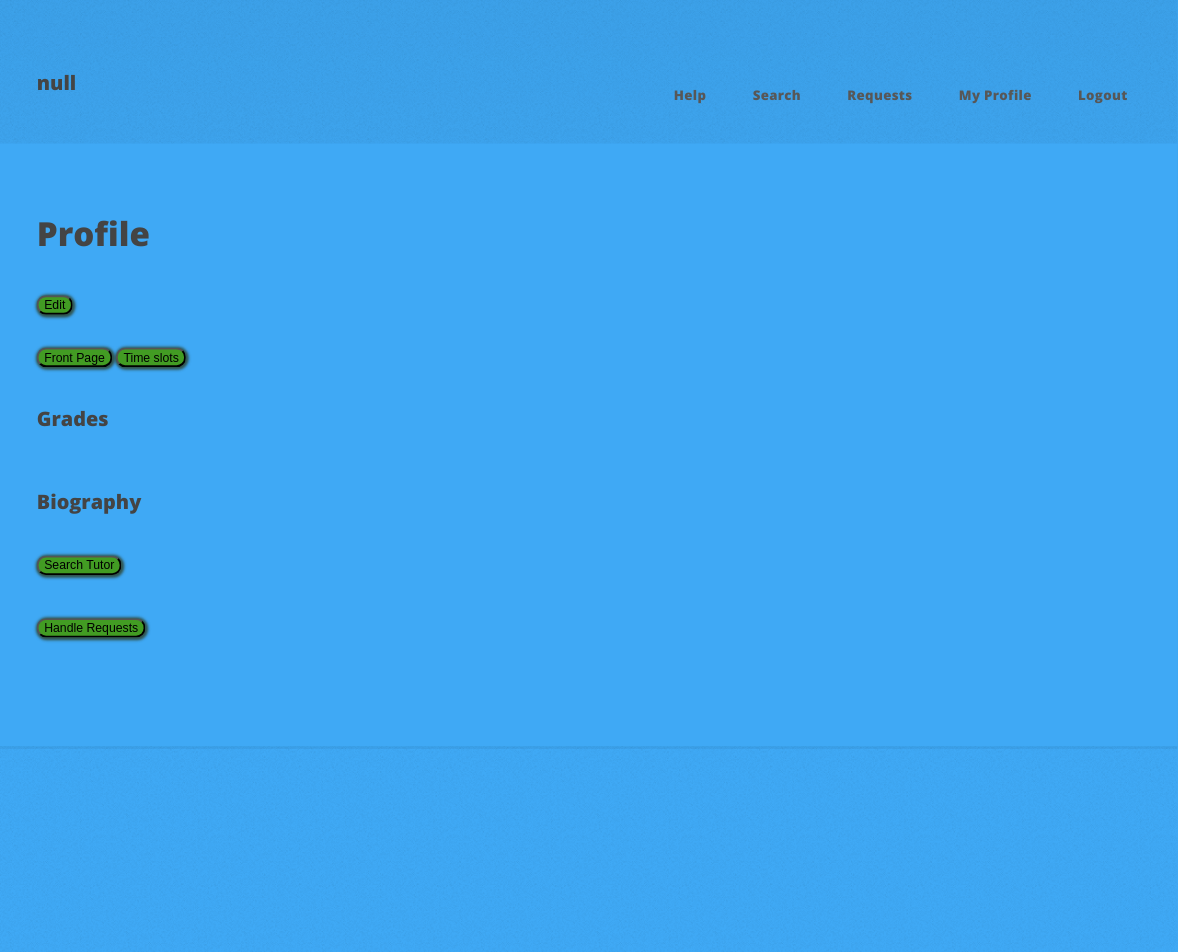
Repository: unibe-ese/ese2015-team7
Page: http://localhost/Skeleton/pages/profile.jsp
These files come from the project's save history. The page is drawn as it stood at one moment and after the next save; the edit follows.
The browser window is 1280 px wide. The pictures show the whole page, at 92% of full size.
Some web fonts or font styles are not loaded; a fallback is used. The page is served by Tomcat 9. Nobody is signed in. The application's start-up code is not run. Other server files are loaded and not shown. The template is opened directly, without the code that normally fills it, so the values that code supplies are empty.

Above is the page before, as saved 2015-11-02 07:56:52.

### Prototype/Skeleton/src/main/webapp/pages/profile.jsp
<%@ page language="java" pageEncoding="UTF-8" contentType="text/html;charset=utf-8" %>
<%@ taglib prefix="c" uri="http://java.sun.com/jsp/jstl/core" %>
<%@ taglib prefix="form" uri="http://www.springframework.org/tags/form" %>
<%@ taglib prefix="spring" uri="http://www.springframework.org/tags" %>
<%@ taglib prefix="security" uri="http://www.springframework.org/security/tags" %>


<c:import url="template/header.jsp" />

<div class="profile-page" >

	<h2>Profile</h2>

	<c:if test="${user.email == principalName}">
		<button type="button" class="btn-edit" onclick="location.href='/Skeleton/editProfile'">Edit</button>
	</c:if>

	<!-- <img src="image/1212" height="75px" width="75px" align="left" /> -->
	<h3><c:out value="${user.name}"/></h3>
	<h4><c:out value="${user.email}"/></h4>

	<p>
		<button type="button" class="btn" onclick="switchDisplay('profile-frontpage', 'profile-timeslots')">Front Page</button>
		<button type="button" class="btn" onclick="switchDisplay('profile-timeslots', 'profile-frontpage')">Time slots</button>
	</p>

	<div id="profile-frontpage">
		<h3>Grades</h3>
		<table class="default">
		<c:forEach items="${user.grades}" var="item">
		  <tr>
		    	<td><c:out value="${item.university}" /></td>
		    	<td><c:out value="${item.subject}" /></td>
		    	<td><c:out value="${item.course}" /></td>
		    	<td><c:out value="${item.grade}" /></td>
		  </tr>
		  </c:forEach>
		</table>

		<h3>Biography</h3>
		<p><c:out value="${user.biography}"/></p>
	</div>

	<div id="profile-timeslots" style="display: none;">
		<h3>Time slots</h3>
		<table class="default">
		<thead>
                	<tr>
                    	<th>Period</th>
                        <th>Day</th>
                        <th>From</th>
                        <th>Till</th>
                        <th></th>
                    </tr>
                </thead>
		<c:forEach items="${user.timeSlots}" var="item">
		  <tr>
		    	<td><c:out value="${item.semesterOrSemesterBreak}" /></td>
		    	<td><c:out value="${item.day}" /></td>
		    	<td><c:out value="${item.startTime}" /></td>
		    	<td><c:out value="${item.endTime}" /></td>
		  </tr>
		  </c:forEach>
		</table>
	</div>

	<p><button type="button" class="btn" onclick="location.href='/Skeleton/search'">Search Tutor</button></p>
	<p><button type="button" class="btn" onclick="location.href='/Skeleton/profile'">Handle Requests</button></p>

</div>

<c:import url="template/footer.jsp" />

<script type="text/javascript">
	function switchDisplay(id1,id2)
	{
		document.getElementById(id1).style.display = 'none';
		document.getElementById(id2).style.display = 'none';
		document.getElementById(id1).style.display = 'block';
	}
</script>

### Prototype/Skeleton/src/main/webapp/pages/template/header.jsp
<%@ taglib prefix="c" uri="http://java.sun.com/jsp/jstl/core" %>
<%@ taglib prefix="security" uri="http://www.springframework.org/security/tags" %>

<!DOCTYPE HTML>
<html>
	<head>
	<link rel="shortcut icon" type="image/x-icon" href="/Skeleton/img/favicon.ico">
		<title>StudentConnector</title>
		<meta http-equiv="content-type" content="text/html; charset=utf-8" />
		<meta name="description" content="" />
		<meta name="keywords" content="" />
		<!--[if lte IE 8]><script src="/Skeleton/css/ie/html5shiv.js"></script><![endif]-->
		<script src="/Skeleton/js/jquery.min.js"></script>
		<script src="/Skeleton/js/jquery.dropotron.min.js"></script>
		<script src="/Skeleton/js/skel.min.js"></script>
		<script src="/Skeleton/js/skel-layers.min.js"></script>
		<script src="/Skeleton/js/init.js"></script>
		<link rel="stylesheet" href="/Skeleton/css/awesomeStyle.css" />
		<!--[if lte IE 8]><link rel="stylesheet" href="/Skeleton/css/ie/v8.css" /><![endif]-->
	</head>
	<body class="no-sidebar">

		<!-- Header -->

			<div id="header-wrapper">
				<header id="header" class="container">
				<h3><% out.println(request.getSession().getAttribute("username") ); %></h3>

					<!-- Nav -->
						<nav id="nav">
							<ul>
								<li><a href="/Skeleton/help">Help</a></li>
								<li><a href="/Skeleton/search">Search</a></li>
								<li>
									<a href="/Skeleton/requests">Requests</a>
									<ul>
										<li><a href="/Skeleton/requests">Incoming Requests</a></li>
										<li><a href="/Skeleton/myRequests">Outgoing Requests</a></li>
									</ul>
								</li>

								<li>
									<a href="/Skeleton/profile">My Profile</a>
								</li>
								<li><a href="<c:url value="j_spring_security_logout" />">Logout</a></li>
							</ul>
						</nav>

				</header>
			</div>

		<!-- Main -->
			<div id="main-wrapper">
				<div class="container">
					<div id="content">

						<!-- Content -->
							<article>

### Prototype/Skeleton/src/main/webapp/pages/template/footer.jsp
	</article>

					</div>
				</div>
			</div>

		<!-- Footer -->
			<div id="footer-wrapper">
				<footer id="footer" class="container">
				</footer>
			</div>
	</body>
</html>

### Prototype/Skeleton/src/main/webapp/css/awesomeStyle.css
body {
	font-weight:700!important;
	color: #4A4A4A!important;
}

button {
	border-radius: 10px;
	background-color: #429c23;
	box-shadow: 1px 1px 3px 2px rgba(42,45,0,0.69);
	color:	#000000;
}

th, td {
	font-weight: 600;
}

input, select, textarea {
	font-weight:600;
	color:#707070;
}

.errorMessage {
	font-size: 18px;
	font-weight: 600;
	color:#903000;
}

#nav ul li a {
	font-weight:700;
	color:#575757;
}

.tableHeader th, .tableHeader td {s
	font-weight: 900;
}

.withBox th, .withBox td{
	border:none;
	border-bottom:1px solid #707070;
	text-align:center;
}

#noBox {
	border: none;
}

#buttonBox {
	padding: 1% 1% 0% 1%;
	display: inline-block;
	border: 1px ridge #429c23;
};
}

### Prototype/Skeleton/src/main/webapp/css/style-desktop.css
/*
	Verti by HTML5 UP
	html5up.net | @n33co
	Free for personal and commercial use under the CCA 3.0 license (html5up.net/license)
*/

/*********************************************************************************/
/* Basic                                                                         */
/*********************************************************************************/

	body
	{
		line-height: 2.25em;
	}

	h2
	{
		font-size: 2.25em;
		margin: 0 0 1.1em 0;
		line-height: 1em;
	}

	h3
	{
		font-size: 1.35em;
		margin: 0 0 1em 0;
	}

	/* Button */

		input[type="button"],
		input[type="submit"],
		input[type="reset"],
		.button
		{
			font-size: 1.35em;
			padding: 0.6em 1.5em;
		}

			input[type="button"].big,
			input[type="submit"].big,
			input[type="reset"].big,
			.button.big
			{
				font-size: 2.25em;
				padding: 0.8em 0.9em;
			}

			.button.icon
			{
			}

				.button.icon:before
				{
					margin-right: 0.5em;
					top: 0.05em;
				}

	/* Box */

		.box
		{
			padding: 2em;
		}

			.box.feature
			{
				padding: 0;
			}

				.box.feature .inner
				{
					padding: 4em 2em 3em 2em;
				}

				.box.feature h2
				{
					font-size: 1.35em;
				}

				.box.feature p
				{
					margin: 0;
				}

				.box.feature .image
				{
					position: relative;
					margin: 0;
				}

					.box.feature .image img
					{
						border-bottom-left-radius: 0;
						border-bottom-right-radius: 0;
					}

/*********************************************************************************/
/* Widgets                                                                       */
/*********************************************************************************/

	.widget
	{
	}

		.widget.thumbnails
		{
		}

			.widget.thumbnails .grid
			{
				margin: 0 0 3em 0;
			}

			.widget.thumbnails .image
			{
				margin: 0;
			}

/*********************************************************************************/
/* Wrappers                                                                      */
/*********************************************************************************/

	#header-wrapper
	{
		padding: 4.5em 0 1em 0;
	}

	#features-wrapper
	{
		padding: 3em 0 3em 0;
	}

	#main-wrapper
	{
		padding: 5em 0 5em 0;
	}

	#footer-wrapper
	{
		padding: 6em 0 8em 0;
	}

/*********************************************************************************/
/* Logo                                                                          */
/*********************************************************************************/

	#logo
	{
	}

		#logo h1
		{
			float: left;
			margin: 0 0.35em 0 0;
			padding: 0.25em 0.2em 0.25em 0.2em;
			font-size: 3.25em;
			letter-spacing: 0.05em;
		}

		#logo span
		{
			line-height: 4.5em;
			letter-spacing: 0.025em;
			font-size: 0.9em;
		}

/*********************************************************************************/
/* Nav                                                                           */
/*********************************************************************************/

	#nav
	{
		position: absolute;
		right: 0;
		top: 0;
		font-size: 0.9em;
	}

		#nav ul
		{
		}

			#nav ul li
			{
				float: left;
				line-height: 4.5em;
				padding-left: 1.5em;
			}

				#nav ul li a,
				#nav ul li span
				{
					font-weight: 800;
					letter-spacing: 0.025em;
					color: #696969;
					text-decoration: none;
					border-radius: 6px;
					padding: 0.5em 1em 0.5em 1em;
					-moz-transition: background-color .25s ease-in-out;
					-webkit-transition: background-color .25s ease-in-out;
					-o-transition: background-color .25s ease-in-out;
					-ms-transition: background-color .25s ease-in-out;
					transition: background-color .25s ease-in-out;
				}

				#nav ul li > ul
				{
					display: none;
				}

			#nav ul li:hover
			{
			}

				#nav ul li:hover a,
				#nav ul li:hover span
				{
					background: #fff;
				}

			#nav ul li.active
			{
			}

				#nav ul li.active a,
				#nav ul li.active span
				{
					background: #fff;
				}

			#nav ul li.current
			{
			}

				#nav ul li.current a
				{
					background: #444;
					color: #fff;
				}

	.dropotron
	{
		background: #fff;
		letter-spacing: 0.025em;
		color: #696969;
		text-decoration: none;
		border-radius: 6px;
		padding: 0.75em 0;
		min-width: 15em;
		box-shadow: inset 0 0 0 1px rgba(0,0,0,0.1), 0 0.25em 0.25em 0.1em rgba(0,0,0,0.025);
		margin-top: calc(-0.75em + 1px);
		margin-left: -1px;
	}

		.dropotron li
		{
			border-top: solid 1px #eee;
			line-height: 3em;
		}

			.dropotron li:first-child
			{
				border-top: 0;
			}

			.dropotron li > a,
			.dropotron li > span
			{
				text-decoration: none;
				color: inherit;
				display: block;
				padding: 0 1.5em;
				-moz-transition: color .25s ease-in-out, background-color .25s ease-in-out;
				-webkit-transition: color .25s ease-in-out, background-color .25s ease-in-out;
				-o-transition: color .25s ease-in-out, background-color .25s ease-in-out;
				-ms-transition: color .25s ease-in-out, background-color .25s ease-in-out;
				transition: color .25s ease-in-out, background-color .25s ease-in-out;
			}

				.dropotron li > a:hover,
				.dropotron li > span:hover,
				.dropotron li.active > a,
				.dropotron li.active > span
				{
					background: #eee;
				}

		.dropotron.level-0
		{
			font-size: 0.8em;
			margin-left: 1.5em;
			margin-top: 0;
		}

			.dropotron.level-0:before
			{
				content: '';
				position: absolute;
				top: -0.5em;
				left: 1em;
				border-bottom: solid 0.75em #ffffff;
				border-left: solid 0.75em transparent;
				border-right: solid 0.75em transparent;
				z-index: 1;
			}

/*********************************************************************************/
/* Banner                                                                        */
/*********************************************************************************/

	#banner
	{
		padding: 4.5em;
	}

		#banner h2
		{
			font-size: 3.5em;
			margin: 0.1em 0 0.35em 0;
		}

		#banner p
		{
			font-size: 2.75em;
			line-height: 1.35em;
			margin: 0;
		}

		#banner .button
		{
			width: 100%;
			margin-bottom: 0.5em;
		}

			#banner .button.icon:before
			{
				position: absolute;
				right: 0.15em;
				top: 50%;
				margin-top: -0.5em;
			}

		#banner .button.alt
		{
			margin-bottom: 0;
		}

		#banner ul
		{
			margin: 0 0 0 2em;
		}

/*********************************************************************************/
/* Footer                                                                        */
/*********************************************************************************/

	#footer
	{
	}

	#copyright
	{
		padding: 4em 0 0 0;
		text-align: center;
	}

Loaded but not shown: Prototype/Skeleton/src/main/webapp/js/jquery.min.js (library); Prototype/Skeleton/src/main/webapp/js/jquery.dropotron.min.js (library); Prototype/Skeleton/src/main/webapp/js/skel.min.js (library); Prototype/Skeleton/src/main/webapp/js/skel-layers.min.js (library); Prototype/Skeleton/src/main/webapp/css/font-awesome.min.css (library); Prototype/Skeleton/src/main/webapp/js/init.js (81 lines, source omitted); Prototype/Skeleton/src/main/webapp/css/style.css (697 lines, source omitted)

After the next save:
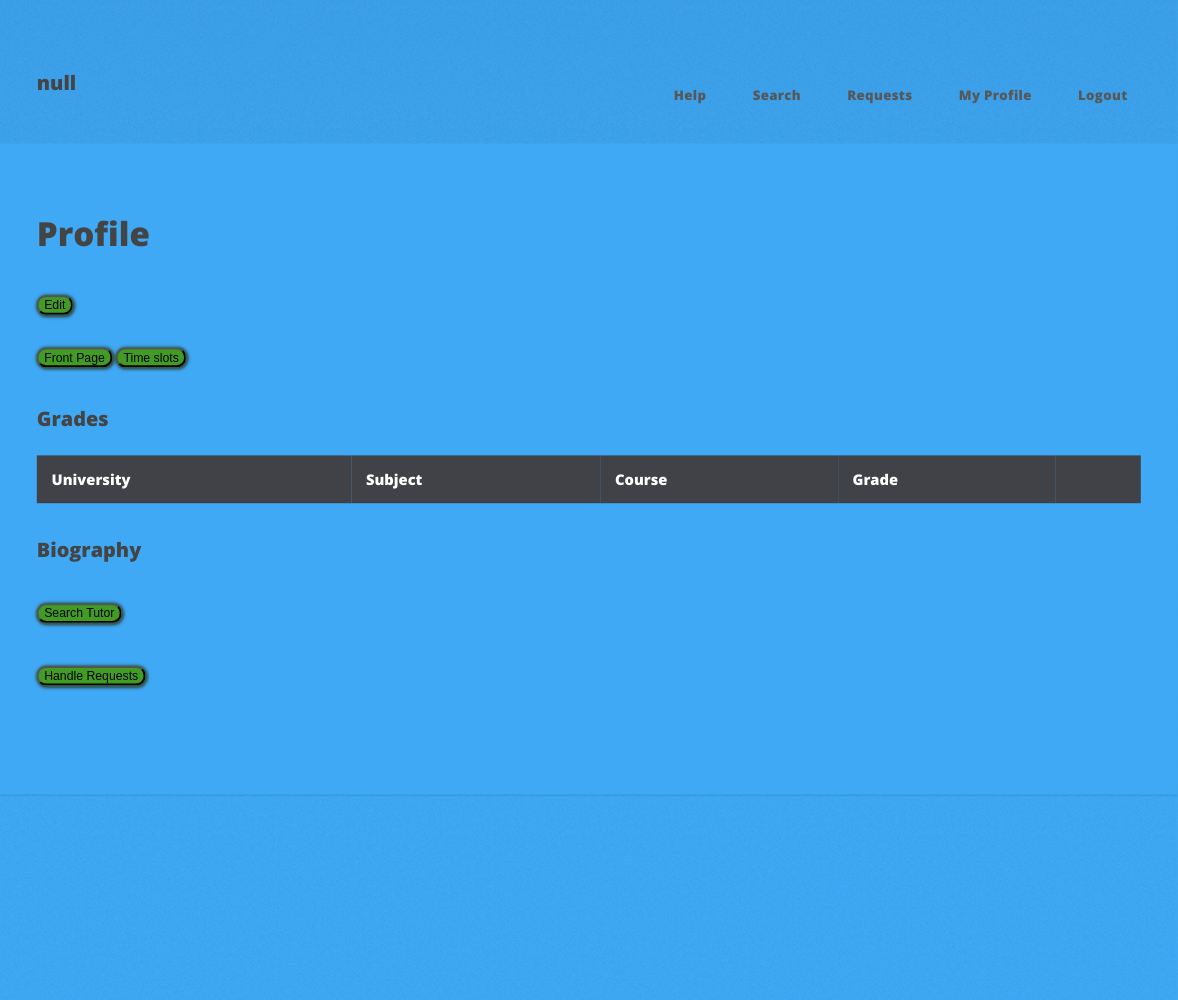
Saved 110 s later.
--- a/Prototype/Skeleton/src/main/webapp/pages/profile.jsp
+++ b/Prototype/Skeleton/src/main/webapp/pages/profile.jsp
@@ -27,6 +27,15 @@
 	<div id="profile-frontpage">
 		<h3>Grades</h3>
 		<table class="default">
+		<thead>
+                	<tr>
+                    	<th>University</th>
+                        <th>Subject</th>
+                        <th>Course</th>
+                        <th>Grade</th>
+                        <th></th>
+                    </tr>
+                </thead>
 		<c:forEach items="${user.grades}" var="item">
 		  <tr>
 		    	<td><c:out value="${item.university}" /></td>
